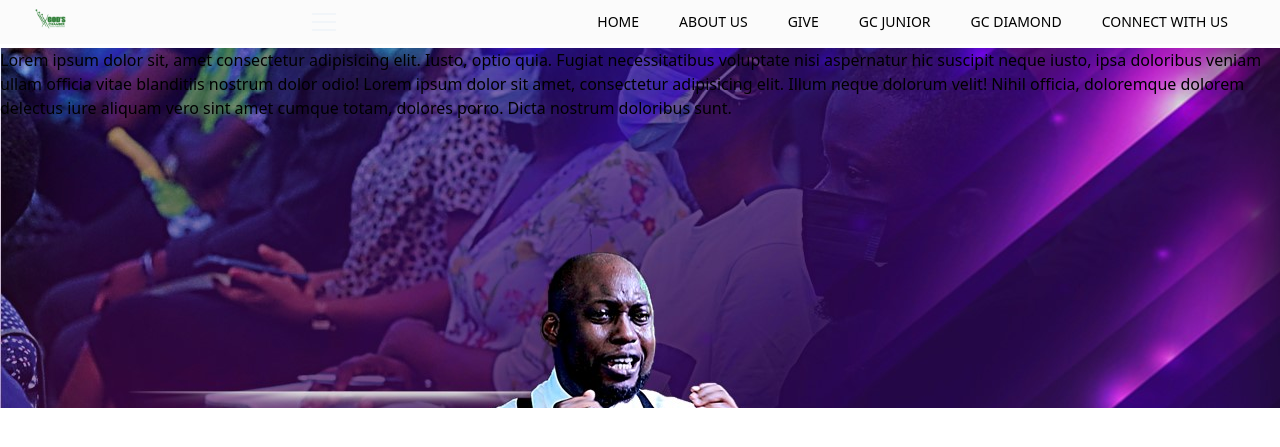
Repository: hisreal123/godschamber-church-main
Page: /
These files come from the project's save history. The page is drawn as it stood at one moment and after the next save; the edit follows.
The browser window is 1280 px wide. The pictures show the whole page.
The project was rebuilt for these pictures with package versions that can differ from the ones it lists, and the page was loaded fresh each time. The framework's server and built-in components were replaced by stand-ins that run in the browser. Also part of the build but not shown: next.config.js.

Above is the page before, as saved 2022-08-14 22:28:28.

After the next save:
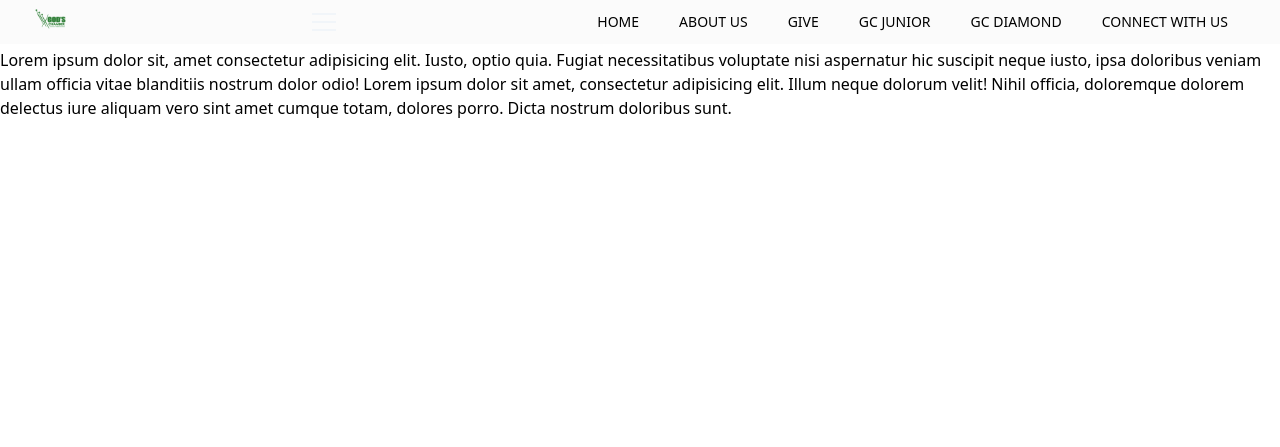
Saved 37 s later.
--- a/tailwind.config.js
+++ b/tailwind.config.js
@@ -7,7 +7,7 @@ module.exports = {
   theme: {
     extend: {
       backgroundImage: {
-        image: "url('/public/assets/banner.jpg')",
+        Main: "url('/public/assets/banner.jpg')",
       },
     },
   },

After the 5 saves that followed:
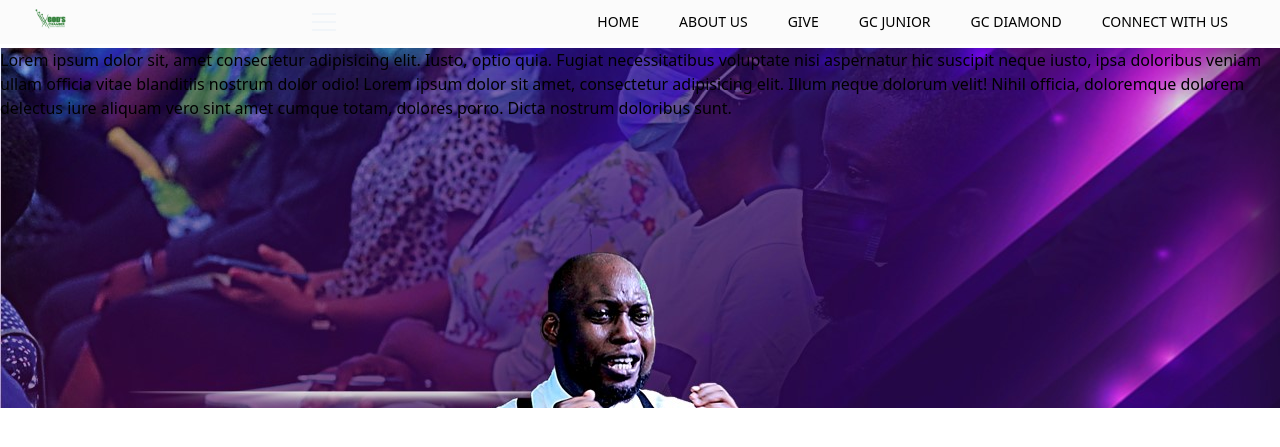
The 5 saves are shown as one change because 3 left the picture as it was and some came seconds apart.
The last was saved 57 s later.
--- a/components/Banner.tsx
+++ b/components/Banner.tsx
@@ -2,7 +2,7 @@ import React from "react";
 
 const Banner = () => {
   return (
-    <div className=" bg-image bg-no-repeat bg-center relative h-[360px] ">
+    <div className=" bg-[url('/assets/Banner.jpg')] bg-no-repeat bg-center relative h-[360px] ">
       Lorem ipsum dolor sit, amet consectetur adipisicing elit. Iusto, optio
       quia. Fugiat necessitatibus voluptate nisi aspernatur hic suscipit neque
       iusto, ipsa doloribus veniam ullam officia vitae blanditiis nostrum dolor
